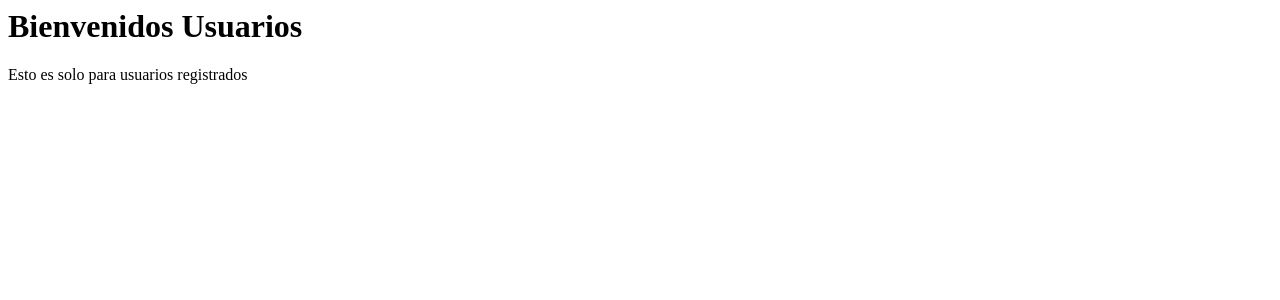
Repository: dasafo/PHP_MySQL_curso
Page: http://localhost/UsuariosRegistrados1.php
The author's editor kept a copy of each file at every save. The page is drawn from the files as they stood at one save, then again after the next save.
The browser window is 1280 px wide. The pictures show the whole page.
The page is run by PHP 8.4 with error messages shown; the project is at /var/www/html/.

Above is the page before, as saved 2018-11-09 12:38:54.

### SistemaLogin_39/UsuariosRegistrados1.php
<!DOCTYPE HTML PUBLIC "-//W3C//DTD HTML 4.01 Frameset//EN">
<html>
<head>
<meta http-equiv="Content-Type" content="text/html; charset=UTF-8">
<title>Insert title here</title>
</head>

<body>

   <h1>Bienvenidos Usuarios</h1>
   <p>Esto es solo para usuarios registrados</p>

</body>

</html>

After the next save:
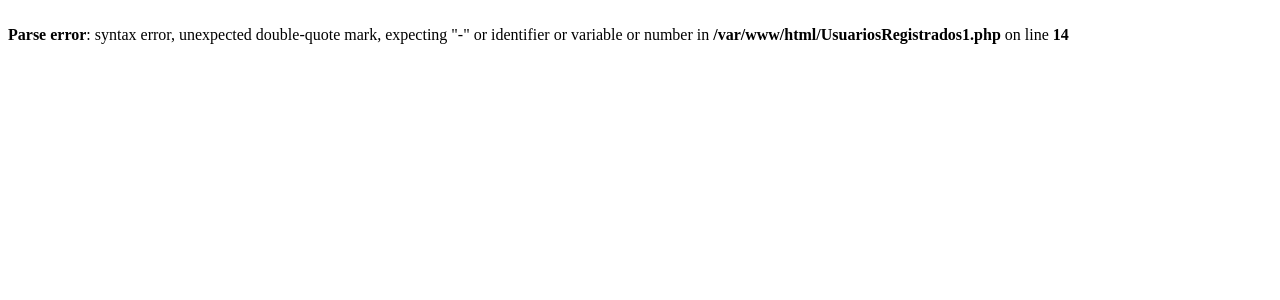
Saved 2 min 2 s later.
--- a/SistemaLogin_39/UsuariosRegistrados1.php
+++ b/SistemaLogin_39/UsuariosRegistrados1.php
@@ -7,6 +7,18 @@
 
 <body>
 
+	<?php
+
+	   session_start(); //reanudamos la sesión
+
+	   if(!isset("$_SESSION["usuario")){
+
+	       header("Location: Login.php");
+	   }
+
+
+	?>
+
    <h1>Bienvenidos Usuarios</h1>
    <p>Esto es solo para usuarios registrados</p>
 
